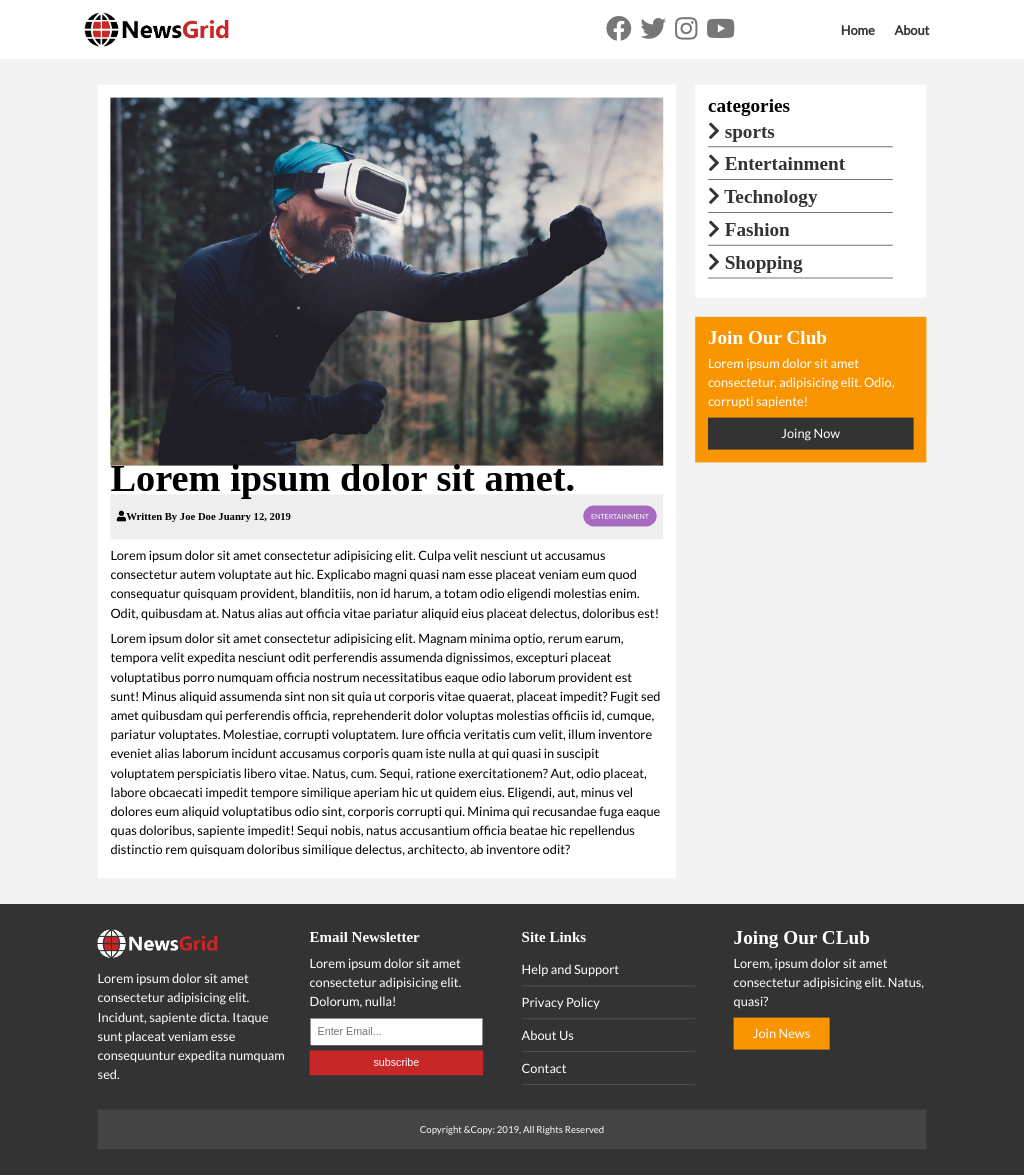
Repository: EswinGiova/NewsGrid
Page: article.html
An editor plug-in stored every save of this project. The page is shown before and after the next save, followed by the edit.
The browser window is 1280 px wide. The pictures show the whole page, at 80% of full size.
Some web libraries are served in a nearby version.

Above is the page before, as saved 2020-09-21 17:49:04.

### article.html
<!DOCTYPE html>
<html lang="en">
  <head>
    <meta charset="UTF-8" />
    <meta name="viewport" content="width=device-width, initial-scale=1.0" />
    <link rel="shortcut icon" type="image/x-icon" href="favicon.ico" />
    <link
      href="https://fonts.googleapis.com/css2?family=Lato&family=Staatliches&display=swap"
      rel="stylesheet"
    />
    <link rel="stylesheet" href="./css/style.css" />
    <link
      rel="stylesheet"
      media="screen and (max-width: 768px)"
      href="./css/mobile.css"
    />

    <link
      rel="stylesheet"
      href="https://cdnjs.cloudflare.com/ajax/libs/font-awesome/5.14.0/css/all.min.css"
      integrity="sha512-1PKOgIY59xJ8Co8+NE6FZ+LOAZKjy+KY8iq0G4B3CyeY6wYHN3yt9PW0XpSriVlkMXe40PTKnXrLnZ9+fkDaog=="
      crossorigin="anonymous"
    />

    <title>NewsGrid | Latest News</title>
  </head>
  <body>
    <nav id="main-nav">
      <div class="container">
        <img src="./image_resources/logo.png" alt="" class="logo" />
        <div class="social">
          <a href="#" target="_blank"><i class="fab fa-facebook fa-2x"></i></a>
          <a href="#" target="_blank"><i class="fab fa-twitter fa-2x"></i></a>
          <a href="#" target="_blank"><i class="fab fa-instagram fa-2x"></i></a>
          <a href="#" target="_blank"><i class="fab fa-youtube fa-2x"></i></a>
        </div>
        <ul>
          <li><a href="./index.html">Home</a></li>
          <li><a href="./about.html">About </a></li>
        </ul>
      </div>
    </nav>

    <section id="article">
      <div class="container">
        <div class="page-container">
          <article class="card">
            <img src="./image_resources/articles/ent1.jpg" alt="" />
            <h1 class="l-heading">Lorem ipsum dolor sit amet.</h1>
            <div class="meta">
              <small>
                <i class="fas fa-user">Written By Joe Doe Juanry 12, 2019</i>
              </small>
              <div class="category category-ent">Entertainment</div>
            </div>
            <p>
              Lorem ipsum dolor sit amet consectetur adipisicing elit. Culpa
              velit nesciunt ut accusamus consectetur autem voluptate aut hic.
              Explicabo magni quasi nam esse placeat veniam eum quod consequatur
              quisquam provident, blanditiis, non id harum, a totam odio
              eligendi molestias enim. Odit, quibusdam at. Natus alias aut
              officia vitae pariatur aliquid eius placeat delectus, doloribus
              est!
            </p>
            <p>
              Lorem ipsum dolor sit amet consectetur adipisicing elit. Magnam
              minima optio, rerum earum, tempora velit expedita nesciunt odit
              perferendis assumenda dignissimos, excepturi placeat voluptatibus
              porro numquam officia nostrum necessitatibus eaque odio laborum
              provident est sunt! Minus aliquid assumenda sint non sit quia ut
              corporis vitae quaerat, placeat impedit? Fugit sed amet quibusdam
              qui perferendis officia, reprehenderit dolor voluptas molestias
              officiis id, cumque, pariatur voluptates. Molestiae, corrupti
              voluptatem. Iure officia veritatis cum velit, illum inventore
              eveniet alias laborum incidunt accusamus corporis quam iste nulla
              at qui quasi in suscipit voluptatem perspiciatis libero vitae.
              Natus, cum. Sequi, ratione exercitationem? Aut, odio placeat,
              labore obcaecati impedit tempore similique aperiam hic ut quidem
              eius. Eligendi, aut, minus vel dolores eum aliquid voluptatibus
              odio sint, corporis corrupti qui. Minima qui recusandae fuga eaque
              quas doloribus, sapiente impedit! Sequi nobis, natus accusantium
              officia beatae hic repellendus distinctio rem quisquam doloribus
              similique delectus, architecto, ab inventore odit?
            </p>
          </article>
          <aside id="categories" class="card">
            <h2>
              categories
              <ul class="list">
                <li>
                  <a href="#"><i class="fas fa-chevron-right"></i> sports </a>
                </li>
                <li>
                  <a href="#"
                    ><i class="fas fa-chevron-right"></i> Entertainment
                  </a>
                </li>
                <li>
                  <a href="#"
                    ><i class="fas fa-chevron-right"></i> Technology
                  </a>
                </li>
                <li>
                  <a href="#"><i class="fas fa-chevron-right"></i> Fashion </a>
                </li>
                <li>
                  <a href="#"><i class="fas fa-chevron-right"></i> Shopping </a>
                </li>
              </ul>
            </h2>
          </aside>
          <aside class="card bg-secondary">
            <h2>Join Our Club</h2>
            <p>
              Lorem ipsum dolor sit amet consectetur, adipisicing elit. Odio,
              corrupti sapiente!
            </p>
            <a href="#" class="btn btn-dark btn-block">Joing Now</a>
          </aside>
        </div>
      </div>
    </section>

    <!-- footer -->
    <footer id="main-footer" class="py-2">
      <div class="container footer-container">
        <div>
          <img src="./image_resources/logo_light.png" alt="news" />
          <p>
            Lorem ipsum dolor sit amet consectetur adipisicing elit. Incidunt,
            sapiente dicta. Itaque sunt placeat veniam esse consequuntur
            expedita numquam sed.
          </p>
        </div>
        <div>
          <h3>Email Newsletter</h3>
          <p>
            Lorem ipsum dolor sit amet consectetur adipisicing elit. Dolorum,
            nulla!
          </p>
          <form>
            <input type="email" placeholder="Enter Email..." />
            <input type="submit" value="subscribe" class="btn btn-primary" />
          </form>
        </div>
        <div>
          <h3>Site Links</h3>
          <ul class="list">
            <li><a href="#">Help and Support</a></li>
            <li><a href="#">Privacy Policy</a></li>
            <li><a href="#">About Us</a></li>
            <li><a href="#">Contact</a></li>
          </ul>
        </div>
        <div>
          <h2>Joing Our CLub</h2>
          <p>
            Lorem, ipsum dolor sit amet consectetur adipisicing elit. Natus,
            quasi?
          </p>
          <a href="#" class="btn btn-secondary">Join News</a>
        </div>
        <div>
          <p>Copyright &Copy: 2019, All Rights Reserved</p>
        </div>
      </div>
    </footer>
  </body>
</html>

### css/style.css
:root {
  --primary-color: #c72727;
  --secondary-color: #f99500;
  --light-color: #f3f3f3;
  --dark-color: #333;
  --max-width: 1100px;
}

.category {
  --sports-color: #f99500;
  --ent-color: #a66bbe;
  --tech-color: #009cff;
}
* {
  margin: 0;
  padding: 0;
  box-sizing: border-box;
}
body {
  font-family: 'Lato', sans-serif !important;
  line-height: 1.5;
  background: var(--light-color);
}

a {
  color: var(--dark-color);
  text-decoration: none;
}

ul {
  list-style: none;
}
p {
  margin: 0.5rem 0;
}

img {
  width: 100%;
}

h1,
h2,
h3,
h4,
h5,
h6 {
  font-family: 'Staaliches';
  margin-bottom: 0.55rem;
  line-height: 1.3rem;
}

/*  utility class */

.container {
  max-width: var(--max-width);
  margin: auto;
  padding: 0 2rem;
  overflow: hidden;
}

/* category */

.category {
  display: inline-block;
  color: #fff;
  font-size: 0.55rem;
  text-transform: uppercase;
  padding: 0.4rem 0.6rem;
  border-radius: 15px;
  margin-bottom: 0.5rem;
}

.category-sports {
  background: var(--sports-color);
}
.category-ent {
  background: var(--ent-color);
}
.category-tech {
  background: var(--tech-color);
}

/* btn */

.btn {
  display: inline-block;
  border: none;
  background: var(--dark-color);
  color: #fff;
  padding: 0.5rem 1.5rem;
}

.btn-light {
  background: var(--light-color);
}
.btn-primary {
  background: var(--primary-color);
}
.btn-secondary {
  background: var(--secondary-color);
}
.btn:hover {
  opacity: 0.8;
}

.btn-block {
  display: block;
  width: 100%;
  text-align: center;
}

/* cards */

.card {
  background: white;
  padding: 1rem;
}

.bg-dark {
  background: var(--dark-color);
  color: white;
}
.bg-primary {
  background: var(--primary-color);
  color: white;
}
.bg-secondary {
  background: var(--secondary-color);
  color: #fff;
}
.py-1 {
  padding: 1.5rem 0;
}
.py-2 {
  padding: 2rem 0;
}
.py-3 {
  padding: 3rem 0;
}
.p-1 {
  padding: 1.5rem;
}
.p-2 {
  padding: 2rem;
}
.p-3 {
  padding: 3rem;
}

.l-heading {
  font-size: 3rem;
}

.bg-dark h1,
.bg-dark h2,
.bg-dark h3,
.bg-dark a,
.bg-primary h1,
.bg-primary h2,
.bg-primary h3,
.bg-primary a,
.bg-secondary h1,
.bg-secondary h2,
.bg-secondary h3,
.bg-secondary a {
  color: #fff;
}

.list li {
  padding: 0.5rem 0;
  border-bottom: 1px solid #555;
  width: 90%;
}
.list li a:hover {
  color: var(--primary-color) !important;
}

/* inner page container */
.page-container {
  display: grid;
  grid-template-columns: 5fr 2fr;
  margin: 2rem 0;
  grid-gap: 1.5rem;
}
.page-container > *:first-child {
  grid-row: 1 / span 3;
}

/* Navigation */
#main-nav {
  background: #fff;
  position: sticky;
  top: 0;
  z-index: 2;
}

#main-nav .container {
  display: grid;
  grid-template-columns: 6fr 3fr 2fr;
  padding: 1rem;
  align-items: center;
}

#main-nav .logo {
  width: 180px;
}

#main-nav ul {
  display: flex;
  justify-self: end;
}

#main-nav ul li a {
  padding: 0.77rem;
  font-weight: bold;
}

#main-nav ul li .current {
  background: var(--primary-color);
  color: white;
}

#main-nav ul li .current:hover {
  background: var(--light-color);
  color: var(--dark-color);
}
#main-nav .social {
  justify-self: center;
}

#main-nav .social i {
  color: #777;
  margin-left: 0.5rem;
}

/* showcase */
#showcase {
  background: #333;
  color: #fff;
  position: relative;
}

#showcase:before {
  content: '';
  background: url('../image_resources/featured.jpg') center center/cover;
  position: absolute;
  top: 0;
  left: 0;
  width: 100%;
  height: 100%;
  opacity: 0.4;
}
#showcase .showcase-container {
  height: 50vh;
  display: grid;
  grid-template-columns: repeat(2, 1fr);
  justify-content: center;
  align-content: center;
}
#showcase .showcase-container .showcase-content {
  z-index: 2;
  text-align: justify;
}
#showcase .showcase-container .showcase-content p {
  margin: 1rem 0;
}
/* Home Articles  */

#home-articles .articles-container {
  display: grid;
  grid-template-columns: repeat(3, 1fr);
  grid-gap: 1rem;
}

#home-articles .articles-container > *:first-child,
#home-articles .articles-container > *:last-child {
  display: grid;
  grid-template-columns: repeat(2, 1fr);
  grid-column: 1 / span 2;
  grid-gap: 1rem;
  align-items: center;
}
#home-articles .articles-container > *:last-child {
  grid-column: 2 / span 2;
}

#article .meta {
  display: flex;
  justify-content: space-between;

  align-items: center;
  background: #eee;
  padding: 0.5rem;
}

#article .meta .category {
  margin-top: 0.4rem;
}

/* footer */
#main-footer {
  background: var(--dark-color);
  color: #fff;
}

#main-footer img {
  width: 150px;
}

#main-footer a {
  color: #fff;
}

#main-footer .footer-container {
  display: grid;
  grid-template-columns: repeat(4, 1fr);
  grid-gap: 1.5rem;
}

#main-footer .footer-container > *:last-child {
  grid-column: 1 / span 4;
  text-align: center;
  background: #444;

  font-size: 0.75rem;
  padding: 0.5rem;
}

#main-footer .footer-container input[type='email'] {
  width: 90%;
  padding: 0.5rem;
  margin-bottom: 0.4rem;
}

#main-footer .footer-container input[type='submit'] {
  width: 90%;
}

/* about our page  */

Loaded but not shown: css/mobile.css (no copy from this time; the picture is the same without it)

After the next save:
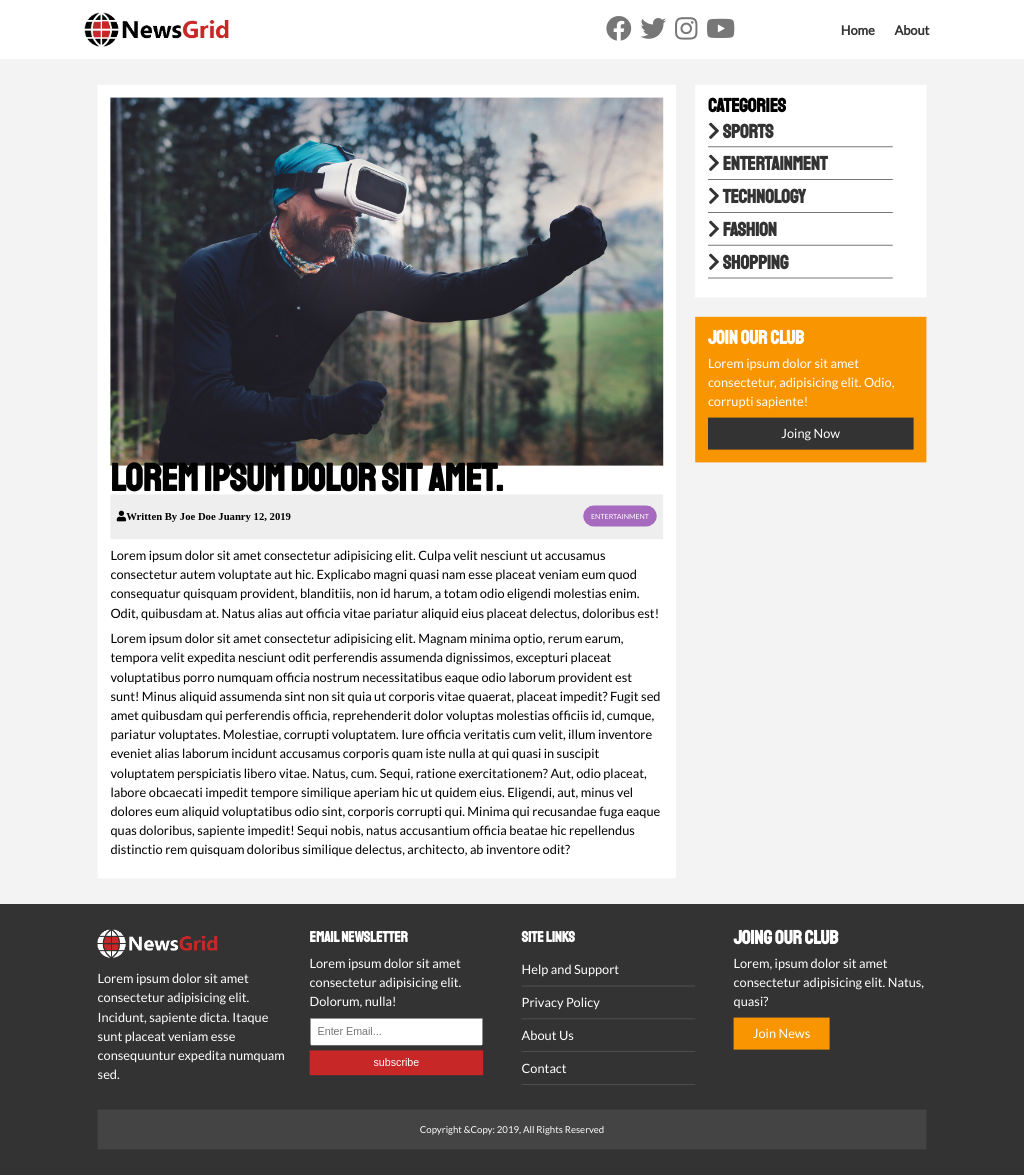
Saved 46 s later.
--- a/css/style.css
+++ b/css/style.css
@@ -44,7 +44,7 @@ h3,
 h4,
 h5,
 h6 {
-  font-family: 'Staaliches';
+  font-family: 'Staatliches';
   margin-bottom: 0.55rem;
   line-height: 1.3rem;
 }
